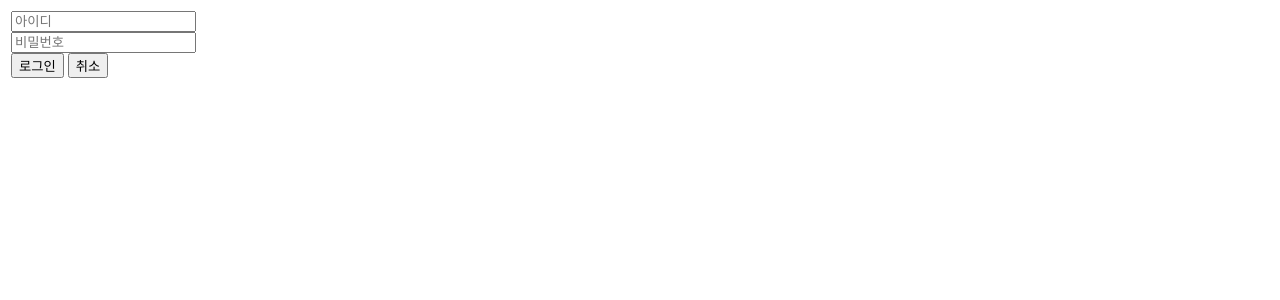
Repository: qldfhr123/Learned_collection
Page: http://localhost/jspExam/el/ex6_form.jsp
The author's editor kept a copy of each file at every save. The page is drawn from the files as they stood at one save, then again after the next save.
The browser window is 1280 px wide. The pictures show the whole page.
The page is served by Tomcat 9. Other server files are loaded and not shown.

Above is the page before, as saved 2023-06-27 03:15:40.

### java_workplace/java_workplace/jspExam/src/main/webapp/el/ex6_form.jsp
<%@ page language="java" contentType="text/html; charset=UTF-8"
    pageEncoding="UTF-8"%>
<!DOCTYPE html>
<html>
<head>
<meta charset="UTF-8">
<title>Insert title here</title>
</head>
<body>
	<table>
		<tr><td>
			<form action="ex6result.jsp" method="post">
				<input type="text" placeholder="아이디" name="id"> <br>
				<input type="password" placeholder="비밀번호" name="pw" ><br>
				<input type="submit" value="로그인" >
				<input type="button" value="취소" onclick="location.href='index.jsp'">
			</form>
		</td></tr>
	</table>


</body>
</html>

After the next save:
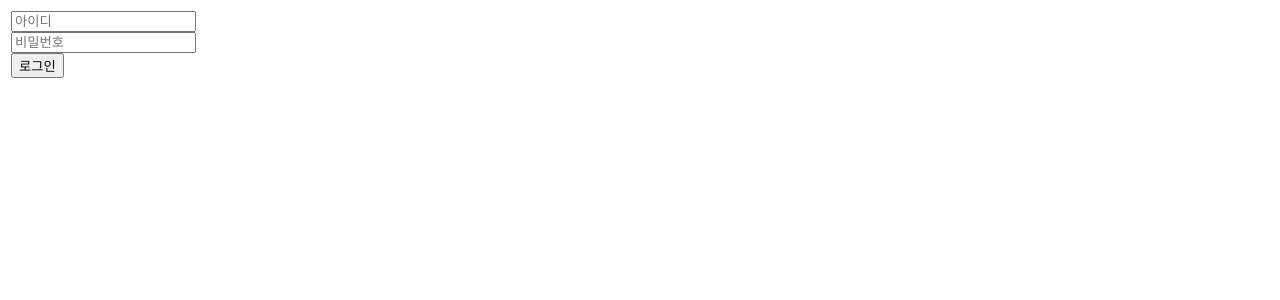
Saved 8 s later.
--- a/java_workplace/java_workplace/jspExam/src/main/webapp/el/ex6_form.jsp
+++ b/java_workplace/java_workplace/jspExam/src/main/webapp/el/ex6_form.jsp
@@ -13,7 +13,6 @@
 				<input type="text" placeholder="아이디" name="id"> <br>
 				<input type="password" placeholder="비밀번호" name="pw" ><br>
 				<input type="submit" value="로그인" >
-				<input type="button" value="취소" onclick="location.href='index.jsp'">
 			</form>
 		</td></tr>
 	</table>
